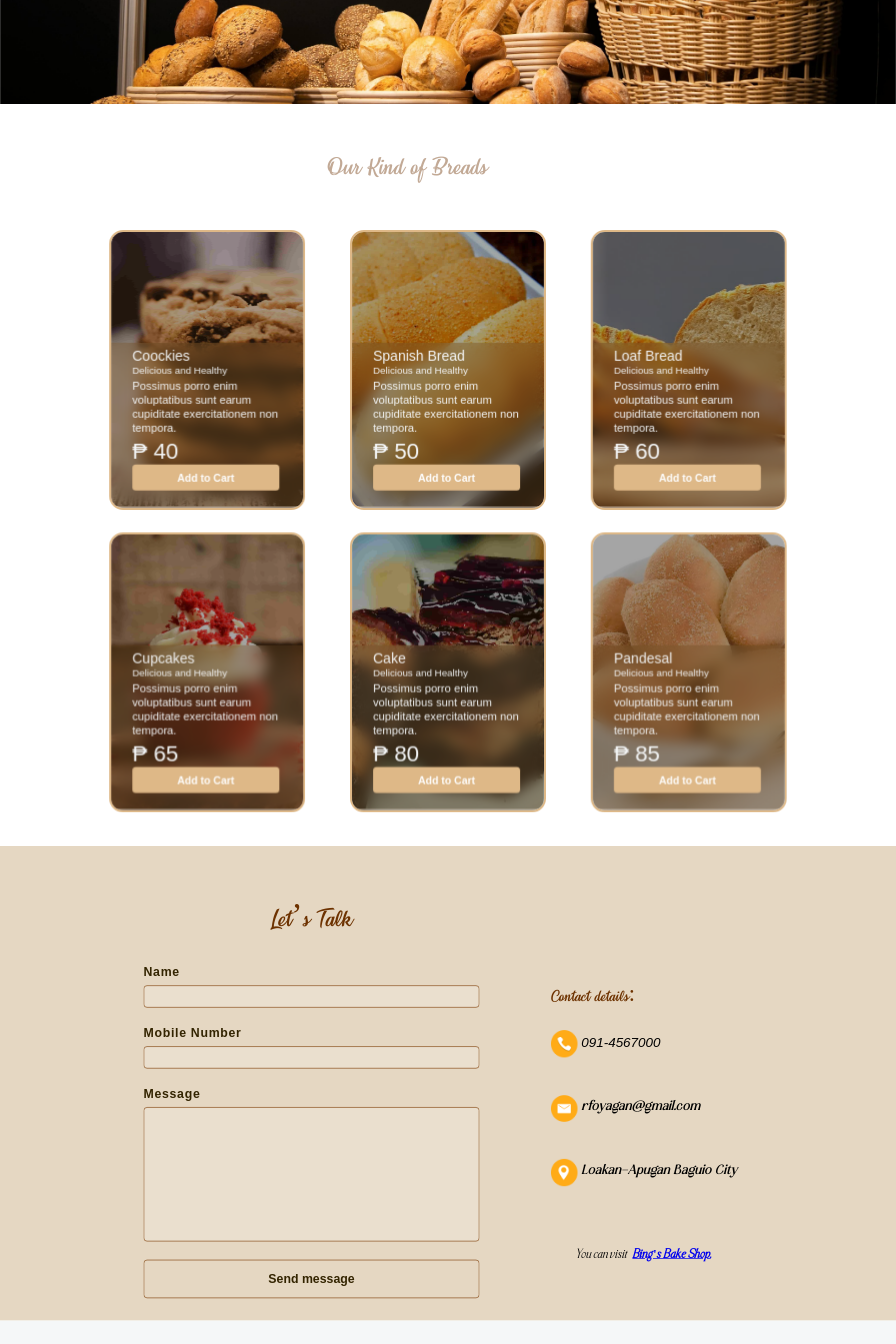
Repository: RodFoyagan/Bing-s-Bakery
Page: index.html
An editor plug-in stored every save of this project. The page is shown before and after the next save, followed by the edit.
The browser window is 1280 px wide. The pictures show the part of the page from y = 421 to 2341 px (the page is 4514 px tall), at 70% of full size.

Above is the page before, as saved 2024-11-24 00:57:19.
Console error: ReferenceError: emailjs is not defined

### index.html
<!DOCTYPE html>
<html lang="en">
<head>
    <meta charset="UTF-8">
    <meta name="viewport" content="width=device-width, initial-scale=1.0">
    <title>Bing's Bakery</title>

    <script type="text/javascript" src="https://cdn.emailjs.com/dist/email.min.js"></script>

    <script type="module" src="https://unpkg.com/ionicons@5.5.2/dist/ionicons/ionicons.esm.js"></script>
    <link rel="stylesheet" href="style.css">
</head>
<body id="header">
    <nav class="navbar">
        <div class="navbar__container">
            <a href="#header" id="navbar__logo">Bing's Bakery</a>
            <div class="navbar__toggle" id="mobile-menu">
                <span class="bar"></span>
                <span class="bar"></span>
                <span class="bar"></span>
            </div>
            <ul class="navbar__menu">
                <li class="navbar__item">
                    <a href="#header" class="navbar__links">Home</a>
                </li>
                <li class="navbar__item">
                    <a href="#menu" class="navbar__links">Menu</a>
                </li>
                <li class="navbar__item">
                    <a href="#form" class="navbar__links">Contact</a>
                </li>
                <li class="navbar__item">
                    <a href="#about-us" class="navbar__links"><span id="about">About Us</span></a>
                </li>
                <li id="navbar__btn" class="navbar__links">
                    <a href="#menu" class="button">Order Now</a>
                </li>
            </ul>
        </div>
        <div class="box">
            <div class="cart-count">0</div>
            <ion-icon name="cart"  id="cart-icon" ></ion-icon>
          </div>

          <div class="cart">
            <div class="cart-title">Cart Items</div>
            <div class="cart-content">
                  <ion-icon name="close" id="cart-close"></ion-icon>

          </div>

          <div class="total">
            <div class="total-title">Total</div>
            <div class="total-price">₱ 0</div>
          </div>
          <!-- <div class="form-control" id="log-in_name">
            <label for="login-name">Name</label>
            <input type="text" name="login-name" id="login-name">
            <li><img class="check" src="images/check.png" alt=""></li>
            <li><img class="exclamation" src="images/exclamation.png" alt=""></li>
            <p class="error-message">error message.</p>
        </div>
        <div class="form-control" id="log-in_phone">
            <label for="login-phone">Mobile Number</label>
            <input type="text" name="login-phone" id="login-phone">
            <li><img class="check" src="images/check.png" alt=""></li>
            <li><img class="exclamation" src="images/exclamation.png" alt=""></li>
            <p class="error-message">error message.</p>
        </div> -->


        <form class="cart-form">
            <p class="note">
                Please provide the correct information so that we can contact you. Thank you.
            </p>
            <div class="cartForm-control" id="cartForm-name">
                <label for="cartform_name">Name</label>
                <input type="text" name="cartform_name" id="cart-form_name">
                <p class="error-message2" style="visibility: hidden;">error message.</p>
            </div>
            <div class="cartForm-control" id="cartForm_Phone">
                <label for="cartform_Phone">Mobile Number</label>
                <input type="text" name="cartform_Phone" id="cart-form_Phone">
                <p class="error-message2" style="visibility: hidden;">error message.</p>
            </div>
            <div class="placeOrder">
                <button class="btn-buy" type="submit">Place Order</button>
            </div>
        </form>

        <!-- <div class="message">
            <button id="submitButton" type="submit">Send message</button>
        </div> -->

    </nav>

    <div class="first-page">
        <div>
            <h2>Your every day Bread.</h2>
            <p>"Healthy and delicious bread that you can get."</p>
        </div>

            <a class="second-button" href="#menu"><button >Order Now</button></a>

    </div>
                <div id="menu">
                    <h1 class="header-title">Our Kind of Breads</h1>
                </div>
                <div class="body">
                    <div class="bread">
                        <img src="images/coockies-min.jpg" class="bread-img" alt="">
                        <div class="bread-body">
                            <!-- <h2 class="alert">Click Me.</h2> -->
                            <h1 class="bread-title">Coockies</h1>
                            <p class="bread-subtitle">Delicious and Healthy</p>
                            <p class="bread-info">Possimus porro enim voluptatibus sunt earum cupiditate exercitationem non tempora.</p>
                            <span class="food-price">₱ 40</span>
                            <button class="bread-btn">Add to Cart</button>
                        </div>
                    </div>
                    <div class="bread">
                        <img src="images/spanish bread-min-min.jpg" class="bread-img" alt="">
                        <div class="bread-body">
                            <!-- <h2 class="alert">Click Me.</h2> -->
                            <h1 class="bread-title">Spanish Bread</h1>
                            <p class="bread-subtitle">Delicious and Healthy</p>
                            <p class="bread-info">Possimus porro enim voluptatibus sunt earum cupiditate exercitationem non tempora.</p>
                            <span class="food-price">₱ 50</span>
                            <button class="bread-btn">Add to Cart</button>
                        </div>
                    </div>
                    <div class="bread">
                        <img src="images/loafbread3-min-min.jpg" class="bread-img" alt="">
                        <div class="bread-body">
                            <!-- <h2 class="alert">Click Me.</h2> -->
                            <h1 class="bread-title">Loaf Bread</h1>
                            <p class="bread-subtitle">Delicious and Healthy</p>
                            <p class="bread-info">Possimus porro enim voluptatibus sunt earum cupiditate exercitationem non tempora.</p>
                            <span class="food-price">₱ 60</span>
                            <button class="bread-btn">Add to Cart</button>
                        </div>
                    </div>
                    <div class="bread">
                        <img src="images/cupcake2-min.jpg" class="bread-img" alt="">
                        <div class="bread-body">
                            <!-- <h2 class="alert">Click Me.</h2> -->
                            <h1 class="bread-title">Cupcakes</h1>
                            <p class="bread-subtitle">Delicious and Healthy</p>
                            <p class="bread-info">Possimus porro enim voluptatibus sunt earum cupiditate exercitationem non tempora.</p>
                            <span class="food-price">₱ 65</span>
                            <button class="bread-btn">Add to Cart</button>
                        </div>
                    </div>
                    <div class="bread">
                        <img src="images/cake-min-min.jpg" class="bread-img" alt="">
                        <div class="bread-body">
                            <!-- <h2 class="alert">Click Me.</h2> -->
                            <h1 class="bread-title">Cake</h1>
                            <p class="bread-subtitle">Delicious and Healthy</p>
                            <p class="bread-info">Possimus porro enim voluptatibus sunt earum cupiditate exercitationem non tempora.</p>
                            <span class="food-price">₱ 80</span>
                            <button class="bread-btn">Add to Cart</button>
                        </div>
                    </div>
                    <div class="bread">
                        <img src="images/Pandesal.webp" class="bread-img" alt="">
                        <div class="bread-body">
                            <!-- <h2 class="alert">Click Me.</h2> -->
                            <h1 class="bread-title">Pandesal</h1>
                            <p class="bread-subtitle">Delicious and Healthy</p>
                            <p class="bread-info">Possimus porro enim voluptatibus sunt earum cupiditate exercitationem non tempora.</p>
                            <span class="food-price">₱ 85</span>
                            <button class="bread-btn">Add to Cart</button>
                        </div>
                    </div>
                </div>
                <div class="body-contact" >
                            <div id="contact-us">
                                <form id="form" action="">
                                    <div>
                                        <h2 class="touch">Let’s Talk</h2>
                                    </div>
                                    <div class="form-group">
                                        <div class="form-control" id="log-in_name">
                                            <label for="login-name">Name</label>
                                            <input type="text" name="login-name" id="login-name">
                                            <li><img class="check" src="images/check.png" alt=""></li>
                                            <li><img class="exclamation" src="images/exclamation.png" alt=""></li>
                                            <p class="error-message">error message.</p>
                                        </div>
                                        <div class="form-control" id="log-in_phone">
                                            <label for="login-phone">Mobile Number</label>
                                            <input type="text" name="login-phone" id="login-phone">
                                            <li><img class="check" src="images/check.png" alt=""></li>
                                            <li><img class="exclamation" src="images/exclamation.png" alt=""></li>
                                            <p class="error-message">error message.</p>
                                        </div>
                                        <div class="form-control" id="log-in_message">
                                            <label for="login-message">Message</label>
                                            <textarea name="text" id="login-message" cols="30" rows="10"></textarea>
                                            <li><img class="check" src="images/check.png" alt=""></li>
                                            <li><img class="exclamation" src="images/exclamation.png" alt=""></li>
                                            <p class="error-message">error message</p>
                                        </div>
                                        <div class="message">
                                            <button id="submitButton" type="submit">Send message</button>
                                        </div>
                                    </div>
                                </form>

                        </div>
                    <!-- <div class="or">
                        <p>or</p>
                    </div> -->
                    <div class="contact-details">
                        <h2>Contact details:</h2>
                        <i><img src="images/phone.png" alt=""><span class="details" id="num">091-4567000</span></i>
                        <i><img src="images/email.png" alt=""><span class="details">rfoyagan@gmail.com</span></i>
                        <i><img src="images/location.png" alt=""><span class="details">Loakan-Apugan Baguio City</span></i>
                        <!-- <i class="facebook"><img src="images/facebook.png" alt=""><span class="details">Bing Lomyog Foyagan</span></i>
                        <i><img src="images/instagram.png" alt=""><span class="details">@Rod-Bing</span></i> -->
                        <div class="location-address">
                            <p>You can visit &nbsp;<a href="https://www.google.com/maps/place/M%26N+Viewdeck+Cafe/@16.3820807,120.6235638,15z/data=!4m6!3m5!1s0x3391a775a760d6a9:0x28e94cc2193ac4b4!8m2!3d16.3820807!4d120.6235638!16s%2Fg%2F11n0c1jp8f?entry=ttu&g_ep=EgoyMDI0MDkxMS4wIKXMDSoASAFQAw%3D%3D">Bing's Bake Shop.</a></p>
                        </div>
                    </div>

                </div>

    <!-- </div> -->
                <div id="about-us">
                    <!-- copy and paste here -->
                    <div class="about-us-header">
                        <h2 class="know-more">Know More About Us</h2>
                    </div>
                        <div class="about-images">
                            <img src="images/jpeg-optimizer_baker1.jpeg" alt="">
                            <p class="about-details">
                                Possimus porro enim voluptatibus sunt earum cupiditate exercitationem non tempora,
                                Possimus porro enim voluptatibus sunt earum cupiditate exercitationem non tempora.
                            </p>
                        </div>
                        <div class="about-images" id="reverse">
                            <p class="about-details">
                                Possimus porro enim voluptatibus sunt earum cupiditate exercitationem non tempora,
                                Possimus porro enim voluptatibus sunt earum cupiditate exercitationem non tempora.
                            </p>
                            <img class="from-rigth" src="images/jpeg-optimizer_baker1.jpeg" alt="">
                        </div>
                        <div class="about-images">
                            <img src="images/jpeg-optimizer_baker1.jpeg" alt="">
                            <p class="about-details">
                                Possimus porro enim voluptatibus sunt earum cupiditate exercitationem non tempora,
                                Possimus porro enim voluptatibus sunt earum cupiditate exercitationem non tempora.
                            </p>
                        </div>
                        <div class="about-images" id="reverse">
                            <p class="about-details">
                                Possimus porro enim voluptatibus sunt earum cupiditate exercitationem non tempora,
                                Possimus porro enim voluptatibus sunt earum cupiditate exercitationem non tempora.
                            </p>
                            <img class="from-rigth" src="images/jpeg-optimizer_baker1.jpeg" alt="">
                        </div>
                        <div class="images-icon">
                            <div class="icon">
                                <img src="images/baker1.jpg" alt="">
                                <p class="myName">My Name</p>
                                <p>Possimus porro enim voluptatibus sunt earum, Possimus porro enim voluptatibus sunt earum</p>
                            </div>
                            <div class="icon">
                                <img src="images/baker1.jpg" alt="">
                                <p class="myName">My Name</p>
                                <p>Possimus porro enim voluptatibus sunt earum, Possimus porro enim voluptatibus sunt earum</p>
                            </div>
                            <div class="icon">
                                <img src="images/baker1.jpg" alt="">
                                <p class="myName">My Name</p>
                                <p>Possimus porro enim voluptatibus sunt earum, Possimus porro enim voluptatibus sunt earum</p>
                            </div>
                        </div>

                </div>
                <footer>
                    <!-- put the footer style here-->
                    <div class="body-footer">
                        <div class="footer">
                            <img class="footer-logo" src="images/jpeg-optimizer_footer-cupcake.png" alt="">
                            <ul class="footer-nav">
                                <li><a href="#header">Home</a></li>
                                <li><a href="#menu">Menu</a></li>
                                <li><a href="#form">Contact</a></li>
                                <li><a href="#about-us">About Us</a></li>
                            </ul>
                            <ul class="footer-icon">
                                <li><a href=""><img src="images/facebook-icon.png" alt=""></a></li>
                                <li><a href=""><img src="images/instagram-footer.png" alt=""></a></li>
                                <li><a href=""><img src="images/youtube.png" alt=""></a></li>
                                <li><a href=""><img src="images/twitter.png" alt=""></a></li>
                            </ul>
                        </div>
                        <div class="reserve">
                            <p>© 2024 Terms and Condition | Web Developed by Rod Foyagan | Bing's Bakery alright reserve.</p>
                        </div>
                    </div>
                </footer>

</body>

    <script src="app.js"></script>
    <script type="text/javascript"
        src="https://cdn.jsdelivr.net/npm/@emailjs/browser@4/dist/email.min.js">
</script>
<script type="text/javascript">
   (function(){
      emailjs.init({
        publicKey: "oDauPnMolACE55mNB",
      });
   })();
</script>
</html>

Loaded but not shown: app.js (435 lines, source omitted); style.css (2117 lines, source omitted)

After the next save:
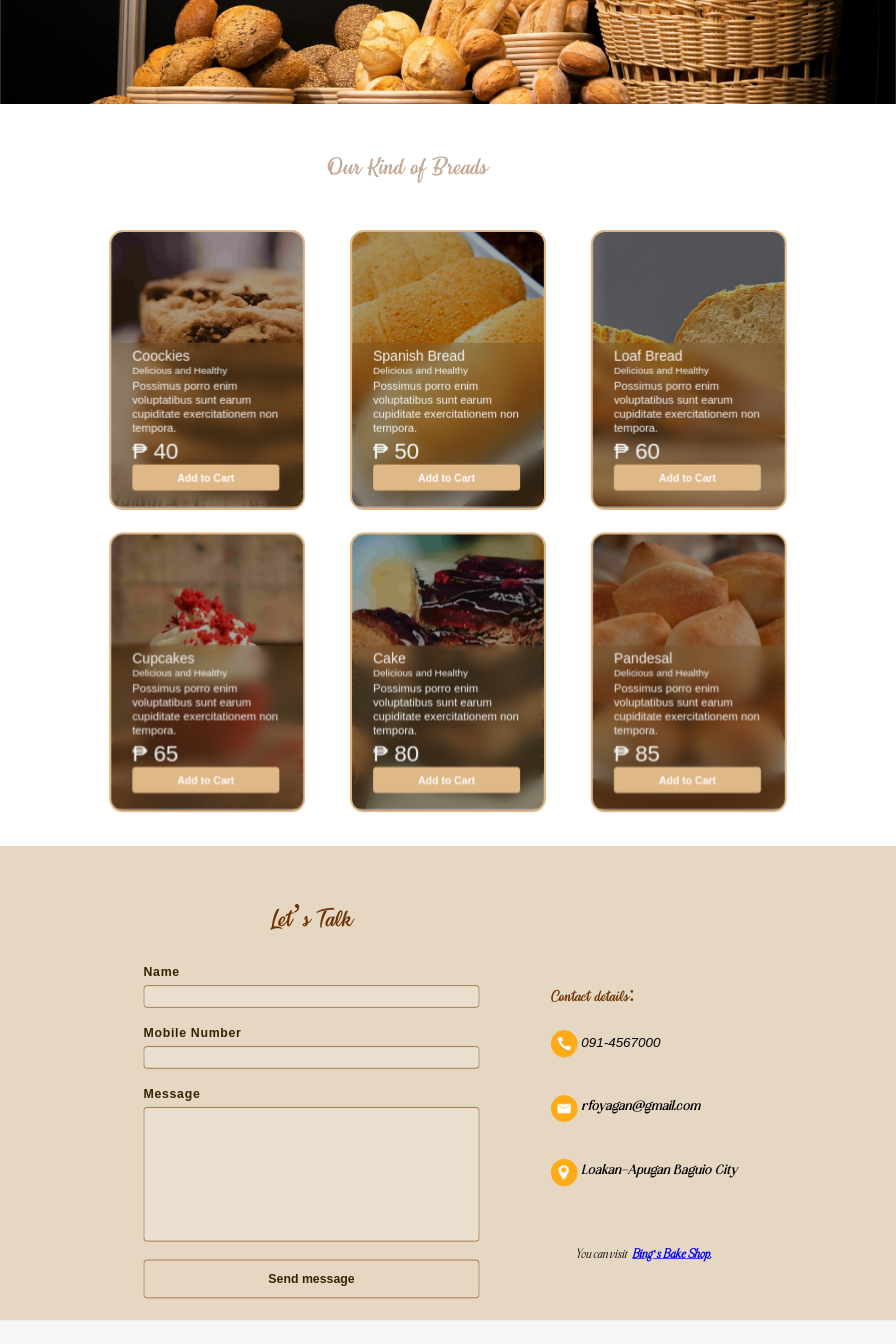
Saved 6 min 40 s later.
--- a/index.html
+++ b/index.html
@@ -163,7 +163,7 @@
                         </div>
                     </div>
                     <div class="bread">
-                        <img src="images/Pandesal.webp" class="bread-img" alt="">
+                        <img src="images/pandesall.jpg" class="bread-img" alt="">
                         <div class="bread-body">
                             <!-- <h2 class="alert">Click Me.</h2> -->
                             <h1 class="bread-title">Pandesal</h1>
